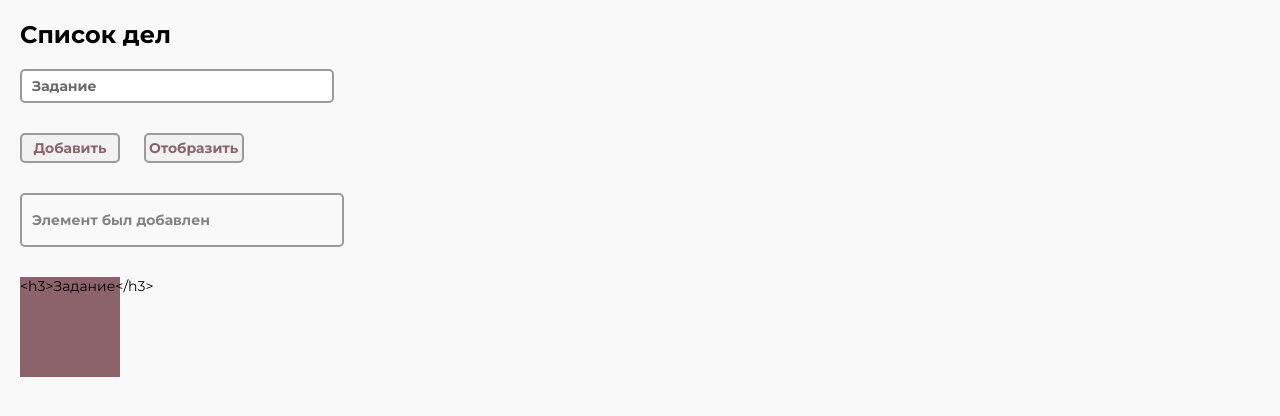
Repository: andbaik/it_unit9
Page: index.html
An editor plug-in stored every save of this project. The page is shown before and after the next save, followed by the edit.
The browser window is 1280 px wide. The pictures show the whole page.
After loading, the first visible `#add_btn` was clicked once.

Above is the page before, as saved 2021-04-10 22:50:07.

After the next save:
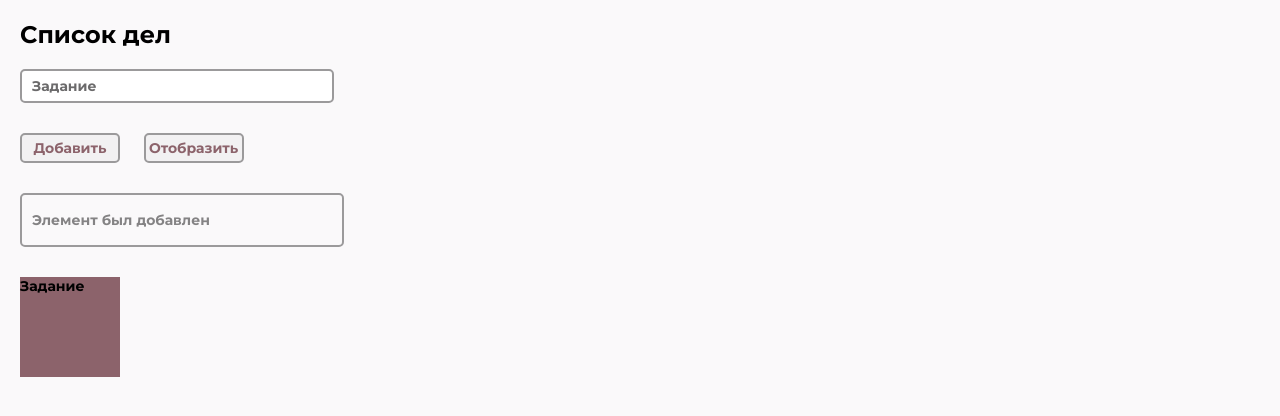
Saved 4 min 55 s later.
--- a/index.html
+++ b/index.html
@@ -29,7 +29,7 @@
             $("#result").css("display", "block");
             setTimeout( function(){$("#result").hide()}, 2000);
             $('<div>').attr({'class':'add_item'}).insertAfter ("#result");
-                $(".add_item").text("<h3>"+task+"</h3>");
+                $(".add_item").html("<h3>"+task+"</h3>");
 
         });
     </script>
